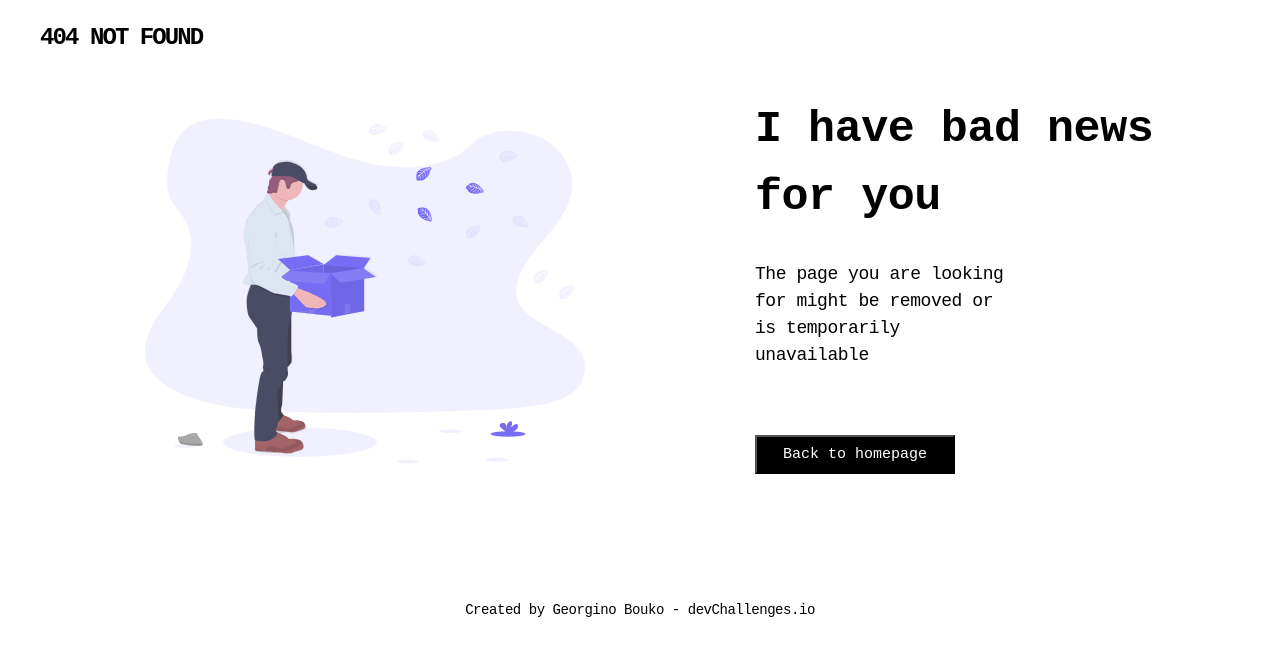
Repository: georgisenze/404-not-found-challeng
Page: index.html
These files come from the project's save history. The page is drawn as it stood at one moment and after the next save; the edit follows.
The browser window is 1280 px wide. The pictures show the whole page.

Above is the page before, as saved 2023-02-21 07:17:53.

After the next save:
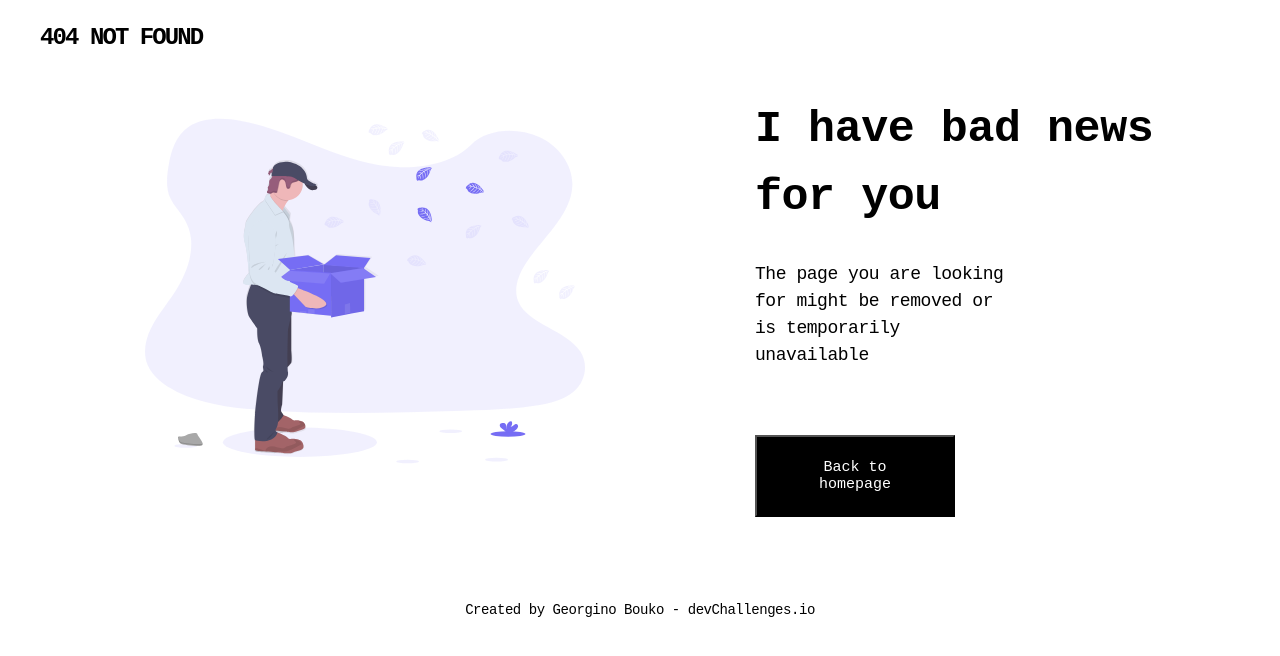
Saved 40 s later.
--- a/assets/css/style.css
+++ b/assets/css/style.css
@@ -71,7 +71,7 @@ header p {
 .col-2 button{
     width: 200px;
     font-size: 15px;
-    padding: 9px;
+    padding: 22px 41px;
     background-color: black;
     color: #fff;
 }
